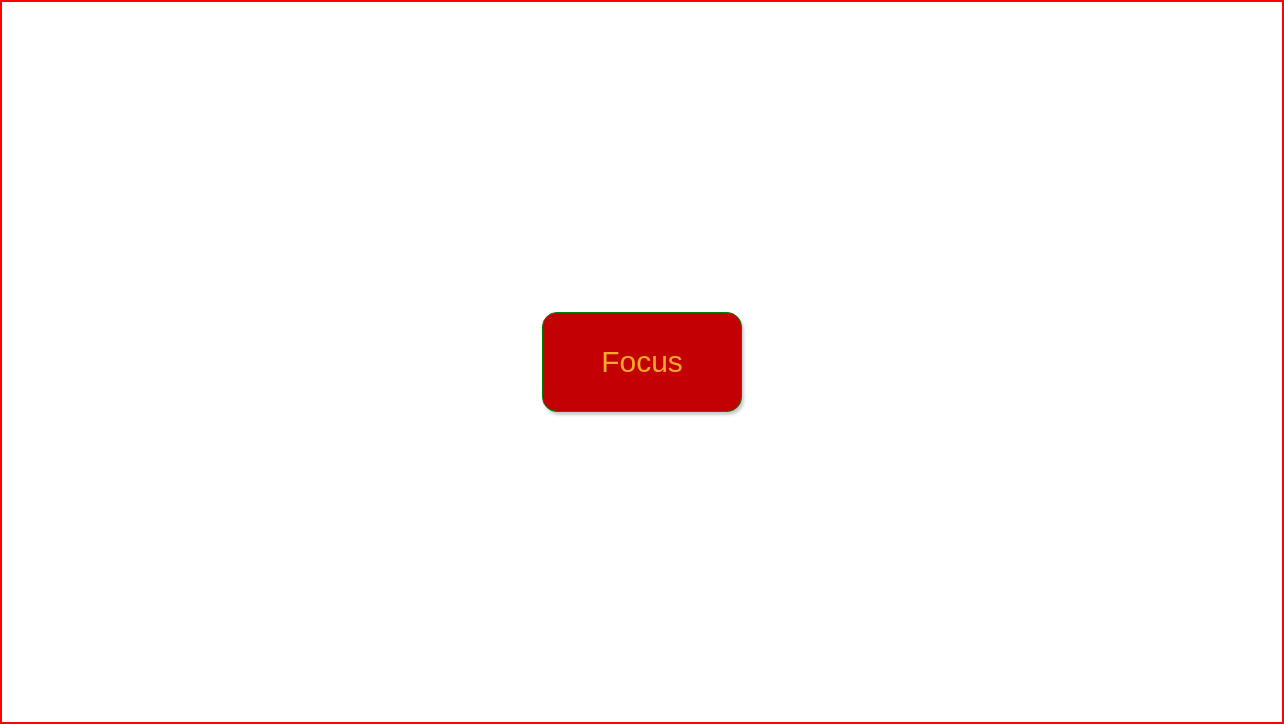
Repository: KrzysKolo/sr_tydzien4_zad5
Page: /
The author's editor kept a copy of each file at every save. The page is drawn from the files as they stood at one save, then again after the next save.
The browser window is 1280 px wide. The page is 1284 px wide, so the pictures cover 1284 px, including what lies to the right of the window. The pictures show the whole page.
The project was rebuilt for these pictures with package versions that can differ from the ones it lists, and the page was loaded fresh each time.

Above is the page before, as saved 2020-12-17 14:11:10.

After the next save:
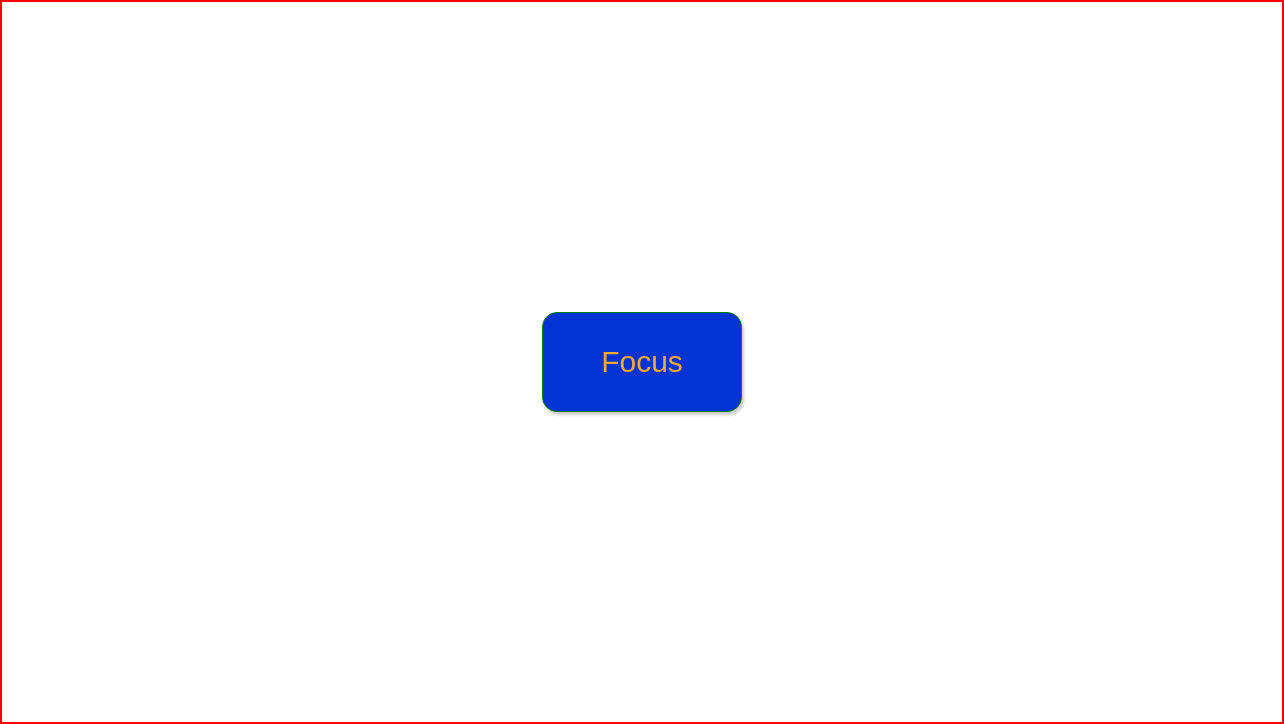
Saved 63 s later.
--- a/src/App.css
+++ b/src/App.css
@@ -8,7 +8,7 @@
   border: 2px solid red;
 }
 .btn {
-  background-color: rgb(195, 1, 4);
+  background-color: rgb(2, 51, 213);
   border: 1px solid green;
   border-radius: 15px;
   box-shadow: 2px 3px 3px #ccc;
